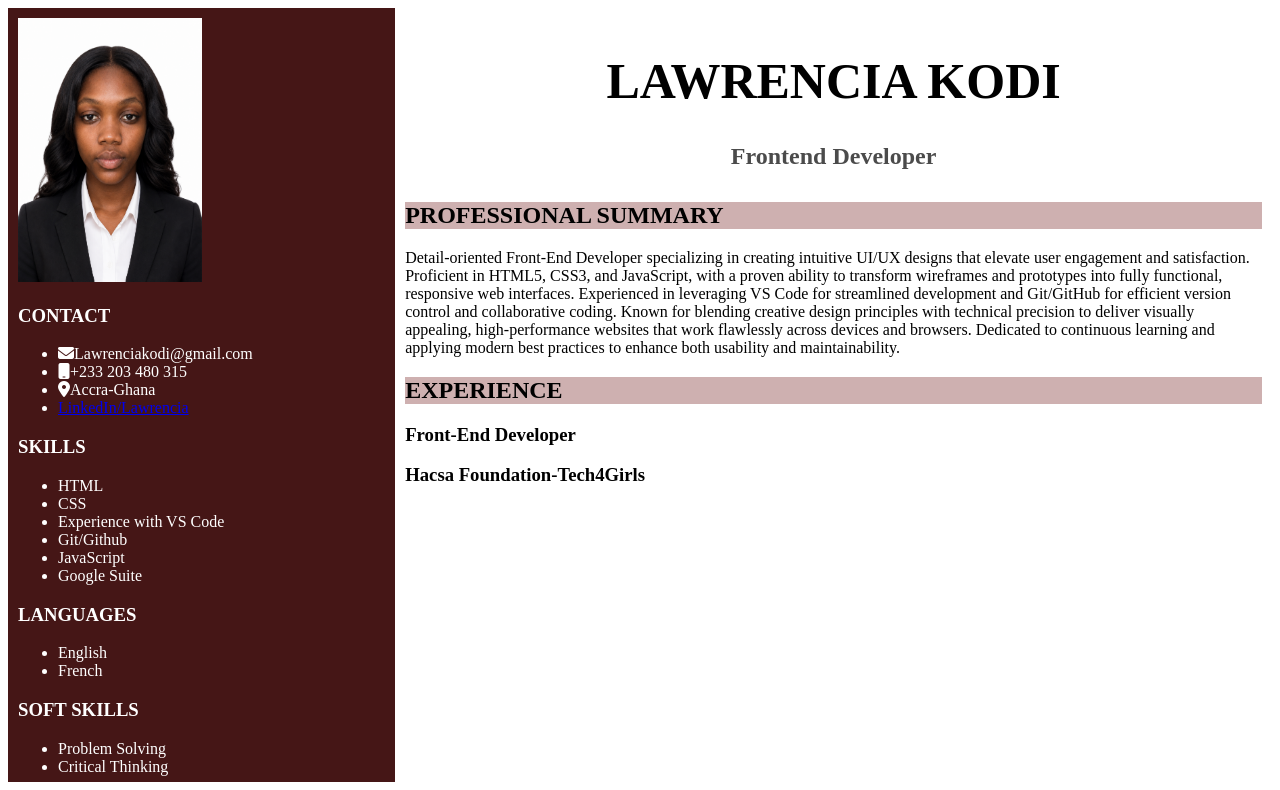
Repository: lawrencia-coder/T4G_CV
Page: index.html
These files come from the project's save history. The page is drawn as it stood at one moment and after a run of saves; the edit follows.
The browser window is 1280 px wide. The pictures show the whole page.
Some icons come from a web library that is not loaded, so they are not drawn. Some web libraries are served in a nearby version.

Above is the page before, as saved 2026-07-14 08:14:15.

### index.html
<!DOCTYPE html>
<html lang="en">
<head>
    <meta charset="UTF-8">
    <meta name="viewport" content="width=device-width, initial-scale=1.0">
    <script src="https://kit.fontawesome.com/c72fc9c022.js" crossorigin="anonymous"></script>
    <title>T4G_CV</title>
    <link rel="stylesheet" href="style.css">
</head>
<body>
    <div class="cv-container">
        <div class="left-column">
            <img src="images/passport pic 1.png" alt="" width="50%" height="35%">
            <h3>CONTACT</h3>
             <p>
              <ul>
                <li><i class="fa-solid fa-envelope" style="color: rgb(255, 255, 255);"></i>Lawrenciakodi@gmail.com</li>
                <li><i class="fa-solid fa-mobile" style="color: rgb(255, 255, 255);"></i>+233 203 480 315</li>
                <li><i class="fa-solid fa-location-dot" style="color: rgb(255, 255, 255);"></i>Accra-Ghana</li>
                <li><i class="fa-brands fa-square-linkedin" style="color: rgb(255, 255, 255);"></i><a href="www.linkedin.com/in/lawrencia-kodi-192a71305" target="_blank" rel="noopener noreferrer">LinkedIn/Lawrencia</a></li>
              </ul>
             </p>

            <h3>SKILLS</h3>
             <p>
                <ul>
                    <li>HTML</li>
                    <li>CSS</li>
                    <li>Experience with VS Code</li>
                    <li>Git/Github</li>
                    <li>JavaScript</li>
                    <li>Google Suite</li>
                </ul>
             </p>

             <h3>LANGUAGES</h3>
             <p>
                <ul>
                    <li>English</li>
                    <li>French</li>
                </ul>
             </p>

             <h3>SOFT SKILLS</h3>
             <p>
                <ul>
                    <li>Problem Solving</li>
                    <li>Critical Thinking</li>

                </ul>
             </p>
        </div>
         <div class="right-column">
             <h1>LAWRENCIA KODI  </h1>
             <h4 style="text-align: center;">Frontend Developer</h4>
             <h2>PROFESSIONAL SUMMARY</h2>
              <p>Detail-oriented Front-End Developer specializing in creating intuitive UI/UX designs that elevate user engagement and satisfaction.
                 Proficient in HTML5, CSS3, and JavaScript, with a proven ability to transform wireframes and prototypes into fully functional, responsive web interfaces.
                 Experienced in leveraging VS Code for streamlined development and Git/GitHub for efficient version control and collaborative coding.
                 Known for blending creative design principles with technical precision to deliver visually appealing, high-performance websites that work flawlessly across devices and browsers.
                 Dedicated to continuous learning and applying modern best practices to enhance both usability and maintainability.
                </p>

                <h2>EXPERIENCE</h2>
                <h3>Front-End Developer</h3>
                <h3>Hacsa Foundation-Tech4Girls</h3>
         </div>
    </div>

</body>
</html>

### style.css
/* styling headings */
h1{
    text-align: center;
    font-size: 50px;
    margin-bottom: none;
}

h4{
    opacity: calc(70%);
    font-size: x-large;
}

h2{
    background-color: rgb(206, 176, 176);
}


/* styling cv-container */
.cv-container{
    display: flex;
    width: 100%;
    min-height: 100vh;
}

.left-column{
width: 30%;
background-color: rgb(69, 22, 22);
color: white;
padding: 10px;
}

.right-column{
    width: 70%;
    background-color: white;
    color: black;
    padding: 10px;
}

After the next 2 saves:
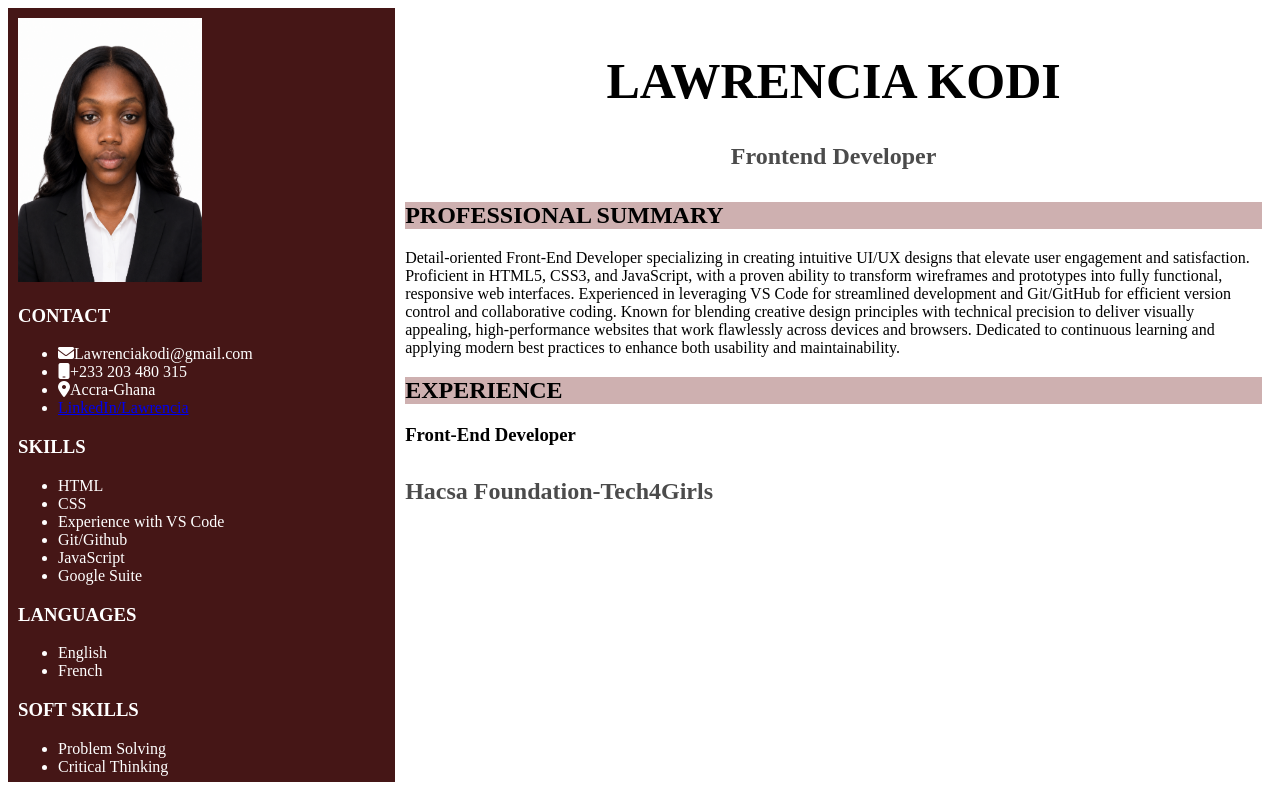
The 2 saves are shown as one change because they came seconds apart.
The last was saved 9 s later.
--- a/index.html
+++ b/index.html
@@ -63,7 +63,7 @@
 
                 <h2>EXPERIENCE</h2>
                 <h3>Front-End Developer</h3>
-                <h3>Hacsa Foundation-Tech4Girls</h3>
+                <h4>Hacsa Foundation-Tech4Girls</h4>
          </div>
     </div>
 

After the save that followed:
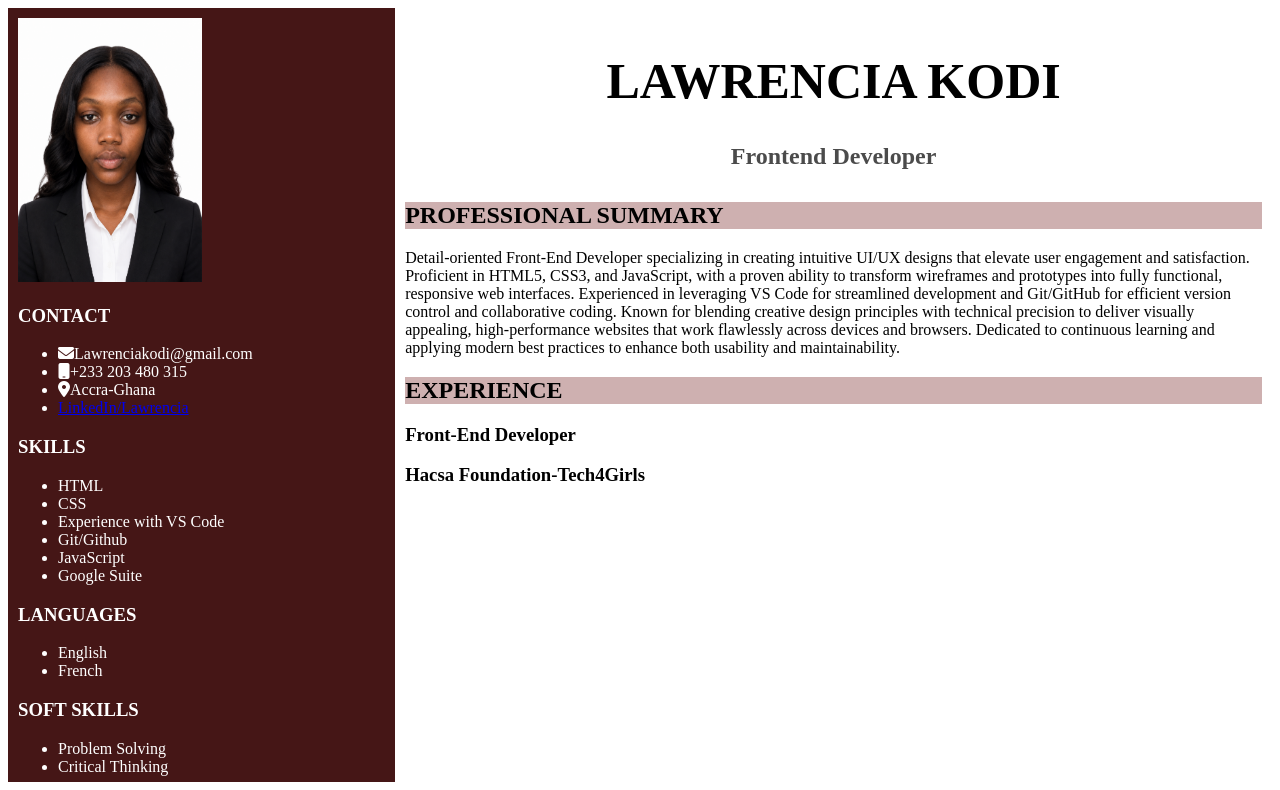
Saved 15 s later.
--- a/index.html
+++ b/index.html
@@ -63,7 +63,7 @@
 
                 <h2>EXPERIENCE</h2>
                 <h3>Front-End Developer</h3>
-                <h4>Hacsa Foundation-Tech4Girls</h4>
+                <h3>Hacsa Foundation-Tech4Girls</h4>
          </div>
     </div>
 
